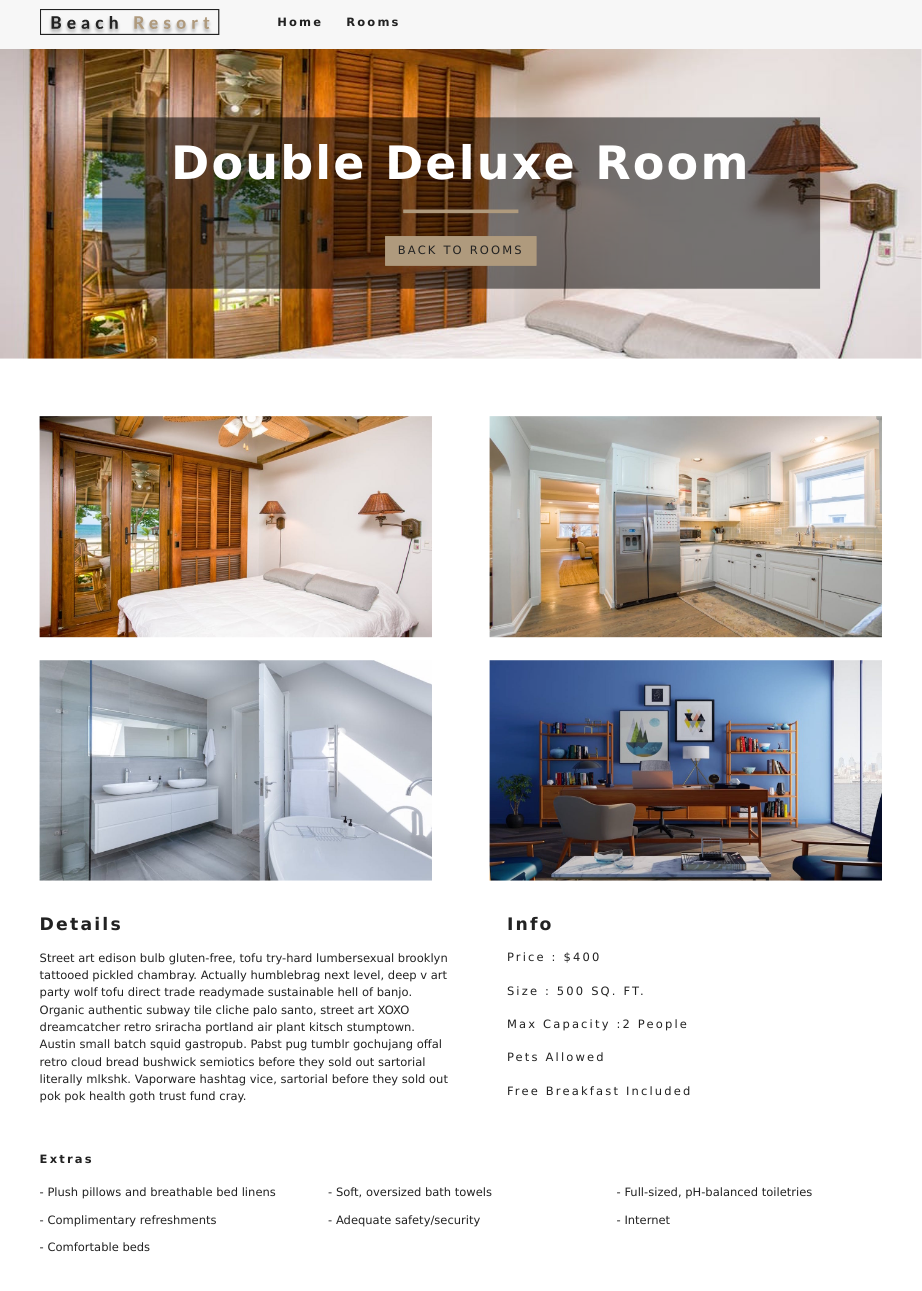
Repository: sanchit01garg/react-beachResort
Page: /rooms/double-deluxe
The author's editor kept a copy of each file at every save. The page is drawn from the files as they stood at one save, then again after the next save.
The browser window is 1280 px wide. The pictures show the whole page, at 72% of full size.
The project was rebuilt for these pictures with package versions that can differ from the ones it lists, and the page was loaded fresh each time. Also part of the build but not shown: src/components/Hero.js, src/components/Title.js, src/components/Services.js, src/components/Loading.js, src/components/Room.js, src/components/FeaturedRooms.js, src/pages/Home.js, src/pages/Error.js and 4 more.

Above is the page before, as saved 2021-01-08 15:57:27.

After the next save:
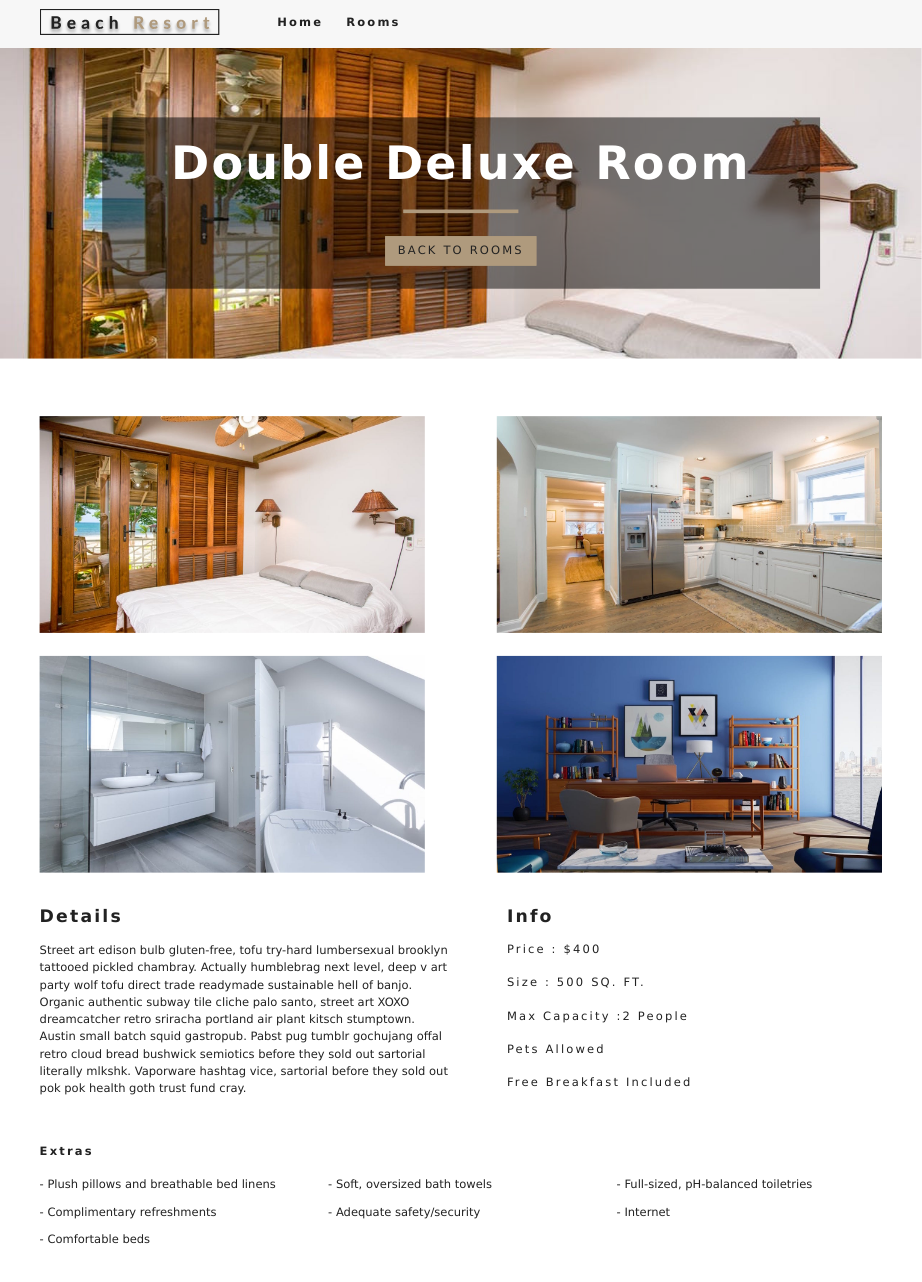
Saved 15 s later.
--- a/src/App.css
+++ b/src/App.css
@@ -376,7 +376,7 @@ h6 {
   display: grid;
   grid-template-columns: repeat(auto-fill, minmax(350px, 1fr));
   grid-row-gap: 2rem;
-  grid-column-gap: 80px;
+  grid-column-gap: 100px;
 }
 .single-room-images img {
   width: 100%;
